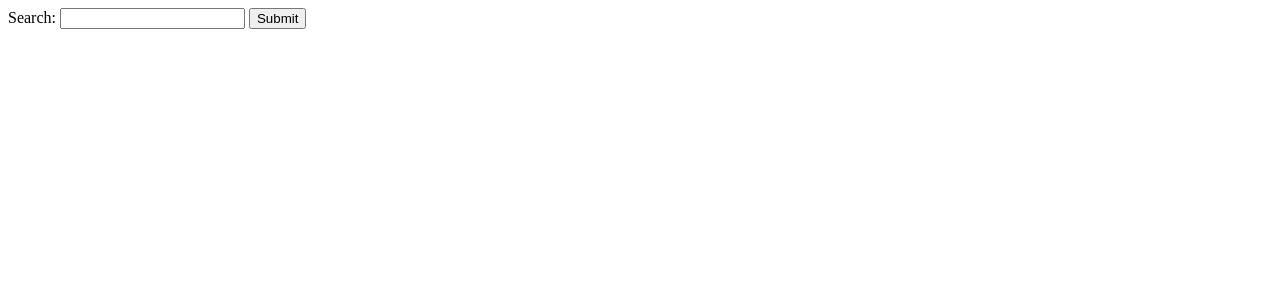
Repository: roistyx/ask-ChatGBT-travel-recommendations
Page: Backend/src/views/index.html
An editor plug-in stored every save of this project. The page is shown before and after the next save, followed by the edit.
The browser window is 1280 px wide. The pictures show the whole page.

Above is the page before, as saved 2023-03-19 12:53:12.

### Backend/src/views/index.html
<!DOCTYPE html>
<html>

<head>
    <title>Search Form Example</title>
</head>

<body>
    <form>
        <label for="search-input">Search:</label>
        <input type="text" id="search-input">
        <button type="submit">Submit</button>
    </form>
    <div id="search-results"></div>

    <script>
        const form = document.querySelector('form');
        const searchInput = document.querySelector('#search-input');
        const searchResults = document.querySelector('#search-results');

        form.addEventListener('submit', async (event) => {
            event.preventDefault();
            const query = searchInput.value;
            const apiUrl = 'http://localhost:4000/free-search'
            const requestBody = { query };
            try {
                // const response = await fetch(apiUrl, {
                //     method: 'POST',
                //     headers: {
                //         'Content-Type': 'application/json'
                //     },
                //     body: JSON.stringify({ query: query })
                // });
                const response = await fetch('https://6416d60d3fbb68b01bff207d.mockapi.io/free-search/Location')
                const data = await response.json();
                searchResults.innerHTML = "Loading..."
                console.log(data)
                let html = '';
                data.forEach(result => {
                    html += `<div>${result.business_name}</div>`;
                });
                searchResults.innerHTML = html;
            } catch (error) {
                // Handle error
                console.error(error);
                searchResults.innerHTML = 'An error occurred while searching.';
            }
        });
    </script>
</body>

</html>

After the next save:
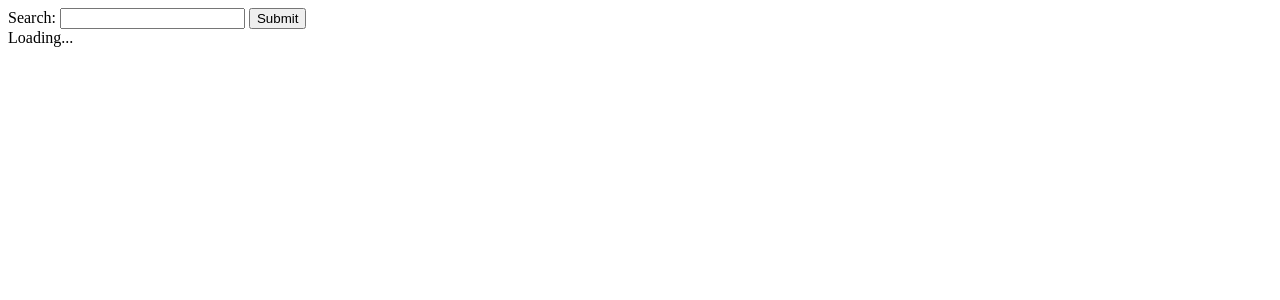
Saved 44 s later.
--- a/Backend/src/views/index.html
+++ b/Backend/src/views/index.html
@@ -17,7 +17,7 @@
         const form = document.querySelector('form');
         const searchInput = document.querySelector('#search-input');
         const searchResults = document.querySelector('#search-results');
-
+    searchResults.innerHTML = "Loading..."
         form.addEventListener('submit', async (event) => {
             event.preventDefault();
             const query = searchInput.value;
@@ -33,7 +33,7 @@
                 // });
                 const response = await fetch('https://6416d60d3fbb68b01bff207d.mockapi.io/free-search/Location')
                 const data = await response.json();
-                searchResults.innerHTML = "Loading..."
+
                 console.log(data)
                 let html = '';
                 data.forEach(result => {

After the save that followed:
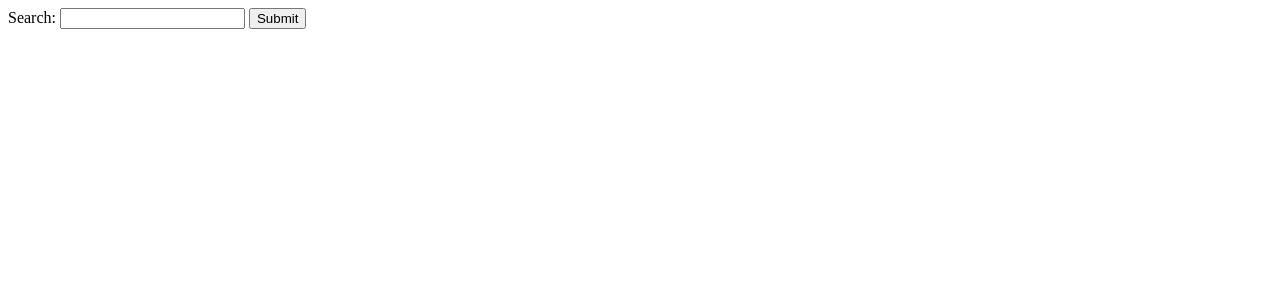
Saved 9 s later.
--- a/Backend/src/views/index.html
+++ b/Backend/src/views/index.html
@@ -17,9 +17,10 @@
         const form = document.querySelector('form');
         const searchInput = document.querySelector('#search-input');
         const searchResults = document.querySelector('#search-results');
-    searchResults.innerHTML = "Loading..."
+
         form.addEventListener('submit', async (event) => {
             event.preventDefault();
+            searchResults.innerHTML = "Loading..."
             const query = searchInput.value;
             const apiUrl = 'http://localhost:4000/free-search'
             const requestBody = { query };
